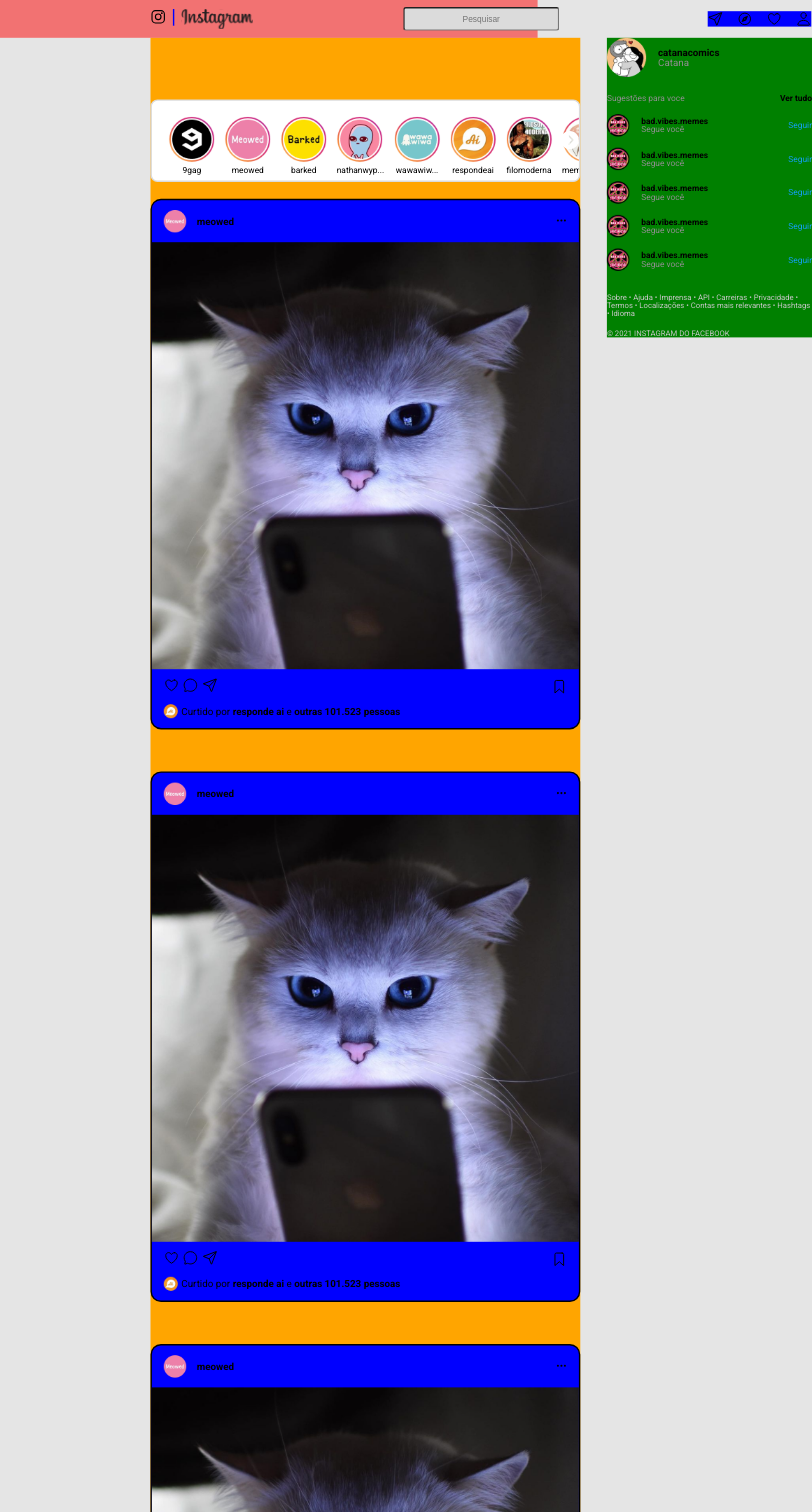
Repository: Zezinoo/proj-2-instagram-clone
Page: index.html
The author's editor kept a copy of each file at every save. The page is drawn from the files as they stood at one save, then again after the next save.
The browser window is 768 px wide. The page is 1160 px wide, then 1159 px, so the pictures cover 1160 px, including what lies to the right of the window. The pictures show the part of the page from y = 0 to 2160 px (the page is 2738 px tall), at 70% of full size.
Some web libraries are served in a nearby version.

Above is the page before, as saved 2022-06-04 22:21:51.

### index.html
<!DOCTYPE html>
<html lang="en">
<head>
    <meta charset="UTF-8">
    <meta http-equiv="X-UA-Compatible" content="IE=edge">
    <meta name="viewport" content="width=device-width, initial-scale=1.0">
    <link rel="stylesheet" href="reset.css">
    <link rel="stylesheet" href="style.css">
    <link rel="preconnect" href="https://fonts.googleapis.com">
    <link rel="preconnect" href="https://fonts.gstatic.com" crossorigin>
    <link href="https://fonts.googleapis.com/css2?family=Encode+Sans:wght@100;200;300;400;500;600;700&family=Roboto:ital,wght@0,100;0,300;0,400;0,500;0,700;1,100;1,300;1,400;1,500&display=swap" rel="stylesheet">
    <title>Instagram</title>
</head>
<body>
<div class="top">
    <div class = "align-top">
        <div class = "logo">
            <ion-icon name="logo-instagram" style="font-size:22px"></ion-icon>
        <div class="vertical-line"></div>
            <img src="./imgs/logo 1.svg" alt="">
    </div>
        <div class="search-bar">
            <input type="text" placeholder="Pesquisar">
        </div>
    <div class="top-icons">
        <ion-icon name="paper-plane-outline"></ion-icon>
        <ion-icon name="compass-outline"></ion-icon>
        <ion-icon name="heart-outline"></ion-icon>
        <ion-icon name="person-outline"></ion-icon>
    </div>
    </div>
</div>
<div class="feed">
    <div class="content">
        <div class="stories">
            <div class="story">
                <img src="./imgs/stories_background 3.png" alt="">
                <div class="user-logo">
                    <img src="./imgs/9gag 1.png" alt="">
                </div>
                <div class="user-name">
                    9gag
                </div>
            </div>
            <div class="story">
                <img src="./imgs/stories_background 3.png" alt="">
                <div class="user-logo">
                    <img src="./imgs/meowed 1.png" alt="">
                </div>
                <div class="user-name">
                    meowed
                </div>
            </div>
            <div class="story">
                <img src="./imgs/stories_background 3.png" alt="">
                <div class="user-logo">
                    <img src="./imgs/barked 1.png" alt="">
                </div>
                <div class="user-name">
                    barked
                </div>
            </div>
            <div class="story">
                <img src="./imgs/stories_background 3.png" alt="">
                <div class="user-logo">
                    <img src="./imgs/nathanwpylestrangeplanet 1.png" alt="">
                </div>
                <div class="user-name">
                    nathanwyp...
                </div>
            </div>
            <div class="story">
                <img src="./imgs/stories_background 3.png" alt="">
                <div class="user-logo">
                    <img src="./imgs/wawawiwacomicsa 1.png" alt="">
                </div>
                <div class="user-name">
                    wawawiw...
                </div>
            </div>
            <div class="story">
                <img src="./imgs/stories_background 3.png" alt="">
                <div class="user-logo">
                    <img src="./imgs/respondeai 1.png" alt="">
                </div>
                <div class="user-name">
                    respondeai
                </div>
            </div>
            <div class="story">
                <img src="./imgs/stories_background 3.png" alt="">
                <div class="user-logo">
                    <img src="./imgs/filomoderna 1.png" alt="">
                </div>
                <div class="user-name">
                    filomoderna
                </div>
            </div>
            <div class="story">
                <img src="./imgs/stories_background 3.png" alt="">
                <div class="user-logo">
                    <img src="./imgs/memeriagourmet 1.png" alt="">
                </div>
                <div class="user-name">
                    memeriagourmet
                </div>
                <div class="arrow">
                    <ion-icon name="chevron-forward-circle"></ion-icon>
                </div>
            </div>
        </div>
        <div class="post">
            <div class="info">
                <div class="op">
                    <img src="./imgs/meowed 2.png" alt="">
                    <div class="op-name">
                    meowed
                    </div>
                </div>
                <div class="dots">
                    <ion-icon name="ellipsis-horizontal"></ion-icon>
                </div>
            </div>
            <img src="./imgs/gato-telefone 1.png" alt="">
            <div class="bottom">
                <div class="post-icons">
                    <div class="left-icons">
                        <ion-icon name="heart-outline"></ion-icon>
                        <ion-icon name="chatbubble-outline"></ion-icon>
                        <ion-icon name="paper-plane-outline"></ion-icon>
                    </div>
                    <ion-icon name="bookmark-outline"></ion-icon>
                </div>
                <div class="comments">
                    <div class="follow-image">
                        <img src="./imgs/respondeai 2.png" alt="">
                    </div>
                    <div class="comment-message">
                        <p>Curtido por <strong>responde ai</strong> e <strong>outras 101.523 pessoas</strong></p>
                    </div>
                </div>
            </div>
        </div>
        <div class="post">
            <div class="info">
                <div class="op">
                    <img src="./imgs/meowed 2.png" alt="">
                    <div class="op-name">
                    meowed
                    </div>
                </div>
                <div class="dots">
                    <ion-icon name="ellipsis-horizontal"></ion-icon>
                </div>
            </div>
            <img src="./imgs/gato-telefone 1.png" alt="">
            <div class="bottom">
                <div class="post-icons">
                    <div class="left-icons">
                        <ion-icon name="heart-outline"></ion-icon>
                        <ion-icon name="chatbubble-outline"></ion-icon>
                        <ion-icon name="paper-plane-outline"></ion-icon>
                    </div>
                    <ion-icon name="bookmark-outline"></ion-icon>
                </div>
                <div class="comments">
                    <div class="follow-image">
                        <img src="./imgs/respondeai 2.png" alt="">
                    </div>
                    <div class="comment-message">
                        <p>Curtido por <strong>responde ai</strong> e <strong>outras 101.523 pessoas</strong></p>
                    </div>
                </div>
            </div>
        </div>
        <div class="post">
            <div class="info">
                <div class="op">
                    <img src="./imgs/meowed 2.png" alt="">
                    <div class="op-name">
                    meowed
                    </div>
                </div>
                <div class="dots">
                    <ion-icon name="ellipsis-horizontal"></ion-icon>
                </div>
            </div>
            <img src="./imgs/gato-telefone 1.png" alt="">
            <div class="bottom">
                <div class="post-icons">
                    <div class="left-icons">
                        <ion-icon name="heart-outline"></ion-icon>
                        <ion-icon name="chatbubble-outline"></ion-icon>
                        <ion-icon name="paper-plane-outline"></ion-icon>
                    </div>
                    <ion-icon name="bookmark-outline"></ion-icon>
                </div>
                <div class="comments">
                    <div class="follow-image">
                        <img src="./imgs/respondeai 2.png" alt="">
                    </div>
                    <div class="comment-message">
                        <p>Curtido por <strong>responde ai</strong> e <strong>outras 101.523 pessoas</strong></p>
                    </div>
                </div>
            </div>
        </div>
    </div>
    <div class="sidebar">
        <div class="user">
            <img src="./imgs/catanacomics 1.png" alt="">
            <div class="user-info">
                <div class="username">
                    catanacomics
                </div>
                <div class="name">
                    Catana
                </div>
            </div>
        </div>
        <div class="suggestion-text">
            <div class="recommended">
                Sugestões para voce
            </div>
            <div class="for-you">
                Ver tudo
            </div>
        </div>
        <div class="suggestion">
            <div class="suggestion-user">
                <img src="./imgs/badvibesmemes 1.png" alt="">
                <div class="user-info">
                    <div class="username">
                        bad.vibes.memes
                    </div>
                    <div class="name">
                        Segue você
                    </div>
                </div>
            </div>
            <div class="follow">
                Seguir
            </div>
        </div>
        <div class="suggestion">
            <div class="suggestion-user">
                <img src="./imgs/badvibesmemes 1.png" alt="">
                <div class="user-info">
                    <div class="username">
                        bad.vibes.memes
                    </div>
                    <div class="name">
                        Segue você
                    </div>
                </div>
            </div>
            <div class="follow">
                Seguir
            </div>
        </div>
        <div class="suggestion">
            <div class="suggestion-user">
                <img src="./imgs/badvibesmemes 1.png" alt="">
                <div class="user-info">
                    <div class="username">
                        bad.vibes.memes
                    </div>
                    <div class="name">
                        Segue você
                    </div>
                </div>
            </div>
            <div class="follow">
                Seguir
            </div>
        </div>
        <div class="suggestion">
            <div class="suggestion-user">
                <img src="./imgs/badvibesmemes 1.png" alt="">
                <div class="user-info">
                    <div class="username">
                        bad.vibes.memes
                    </div>
                    <div class="name">
                        Segue você
                    </div>
                </div>
            </div>
            <div class="follow">
                Seguir
            </div>
        </div>
        <div class="suggestion">
            <div class="suggestion-user">
                <img src="./imgs/badvibesmemes 1.png" alt="">
                <div class="user-info">
                    <div class="username">
                        bad.vibes.memes
                    </div>
                    <div class="name">
                        Segue você
                    </div>
                </div>
            </div>
            <div class="follow">
                Seguir
            </div>
        </div>
        <div class="help-text">
            <p>Sobre • Ajuda • Imprensa • API • Carreiras • Privacidade •
                Termos • Localizações • Contas mais relevantes • Hashtags •
                Idioma</p>
        </div>
        <div class="trademark">
            <p>© 2021 INSTAGRAM DO FACEBOOK</p>
        </div>
    </div>
</div>
<script src="https://unpkg.com/ionicons@5.4.0/dist/ionicons.js"></script>

</body>
</html>

### style.css

body{
    background-color: #e5e5e5;
    display: flex;
    flex-direction: column;
    align-items: center;
    justify-content: center;
    font-family: 'Roboto', sans-serif;
}


.top {
    width: 100%;
    height: 54px;
    display: flex;
    flex-direction: row;
    justify-content: space-around;
    align-items: center;
    background-color: rgba(255, 0, 0, 0.5);
    position: relative;
    z-index: 1;
}

.align-top{
    display: flex;
    flex-direction: row;
    align-items: center;
    justify-content: space-between;
    position: absolute;
    left: 215px;
    z-index: 1;
}

.logo{
    display: flex;
    position: relative;
    align-items: flex-start;
    width: 100%;
    margin-right: 214px;
}

.vertical-line{
    height: 22px;
    margin: 0 10px;
    border: blue 1px solid;
}

.search-bar{
    margin-right: 212px;
}

.search-bar input{
    height: 28px;
    width: 215px;
    border-radius: 4px;
    text-align: center;
    background-color: #DBDBDB;
    color: #979797;
    font-size: 12px;
}

.top-icons{
    width: 100%;
    display: flex;
    flex-direction:row;
    justify-content:space-between;
    background-color:blue;
}

.top-icons ion-icon{
    font-size: 22px;
    margin-right: 20px;
}
.top-icons ion-icon:nth-child(4){
    margin-right: 0px;
}

.feed {
    display: flex;
    flex-direction: row;
    position: absolute;
    top: 54px;
    left: 215px;
}


.content{
    display: flex;
    flex-direction: column;
    background-color: orange;
}

strong{
    font-weight: bold;
}

.stories{
    margin-top: 88px;
    margin-bottom: 24px;
    width: 614px;
    height:118px;
    display: flex;
    flex-direction: row;
    align-items: center;
    position: relative;
    justify-content: flex-start;
    background-color: #FFFFFF;
    overflow: hidden;
    border-radius: 10px;
    border: 2px solid #DBDBDB;
    box-sizing: border-box;
}
.stories .story:nth-child(1){
    margin-left:24px;
}

.story{
    display: flex;
    flex-direction: column;
    justify-content: center;
    margin-right: 14px;
    margin-top: 20px;
    position: relative;
}

.story img{
    width: 66px;
    height: 66px;
}

.story .user-logo{
    display: flex;
    position: absolute;
    top: 5px;
    left: 5px;
    z-index: 1;
}

.story .user-name{
    margin-top: 5px;
    display: flex;
    justify-content: center;
    height: 19px;
    font-size: 12px;
}

.user-logo img{
    width: 56px;
    height: 56px;
}

.arrow {
    position: absolute;
    top: 18px;
    left: -5px;
    font-size: 32px;
    z-index: 3;
    color: #FFFFFF ;
    text-shadow: 60px -16px green;
}

.post{
    background-color: blue;
    display: flex;
    flex-direction: column;
    width: 614px;
    border: 2px solid ;
    border-radius: 15px;
    box-sizing: border-box;
    margin-bottom: 60px;

}

.post .info {
    height: 60px;
    display: flex;
    align-items: center;
    justify-content: space-between;
}

.post .info .op{
    display: flex;
    flex-direction: row;
    box-sizing: border-box;
    margin-left: 17px;
    justify-content: space-evenly;
    align-items: center;
}

.op .op-name{
    margin-left: 15px;
    font-weight: bold;
    font-size: 14px;
}

.info .dots{
    margin-right: 17px;
    font-size: 16px;
}

.post .bottom{
    margin: 0 17px;
    margin-top: 10px;
}

.bottom .post-icons{
    height: 30px;
    font-size: 22px;
    display: flex;
    justify-content: space-between;
    align-items: center;
}

.post-icons .left-icons{
    margin-right: 14px;
}

.bottom .comments{
    display: flex;
    align-items: center;
    margin-top: 10px;
    margin-bottom: 14px;
}
.comments .follow-image{
    height: 20px;
    width: 20px;
    margin-right: 5px;
}
.follow-image img{
    width: 100%;
    height: 100%;
}

.comments .comment-message{
    font-size: 14px;
}

.sidebar{
    background-color: green;
    margin-left: 38px;
    width: 293px;
    height: 100%;
    box-sizing: border-box;
}

.sidebar .user{
    height: 56px;
    display: flex;
    align-items: center;
    margin-bottom: 24px;
}

.user .user-info{
    margin-left: 17px;
    display: flex;
    flex-direction: column;
    font-size: 14px;
}
.user-info .username{
    font-weight: bold;
}

.user-info .name{
    color: #8E8E8E;
}

.sidebar .suggestion-text{
    display: flex;
    justify-content: space-between;
    margin-bottom: 17px;
    font-size: 12px;
}

.suggestion-text .recommended{
    color: #8E8E8E;
}

.suggestion-text .for-you{
    font-weight: bold;
}

.sidebar .suggestion{
    display: flex;
    justify-content: space-between;
    align-items: center;
    margin-bottom: 16px;
}
.suggestion-user{
    display: flex;
    align-items: center;
}

.suggestion-user .user-info{
    margin-left: 17px;
    display: flex;
    flex-direction: column;
    font-size: 12px;
}
.user-info .username{
    font-weight: bold;
}

.user-info .name{
    color: #8E8E8E;
}

.suggestion .follow {
    font-size: 12px;
    color: #139EF2;
}

.suggestion:nth-child(7){
    margin-bottom: 0px;
}

.sidebar .help-text{
    margin-top: 33px;
    margin-bottom: 18px;
    font-size: 11px;
    color: #C7C7C7;
}

.sidebar .trademark{
    font-size: 11px;
    color: #C7C7C7;
}

Loaded but not shown: reset.css (common file)

After the next save:
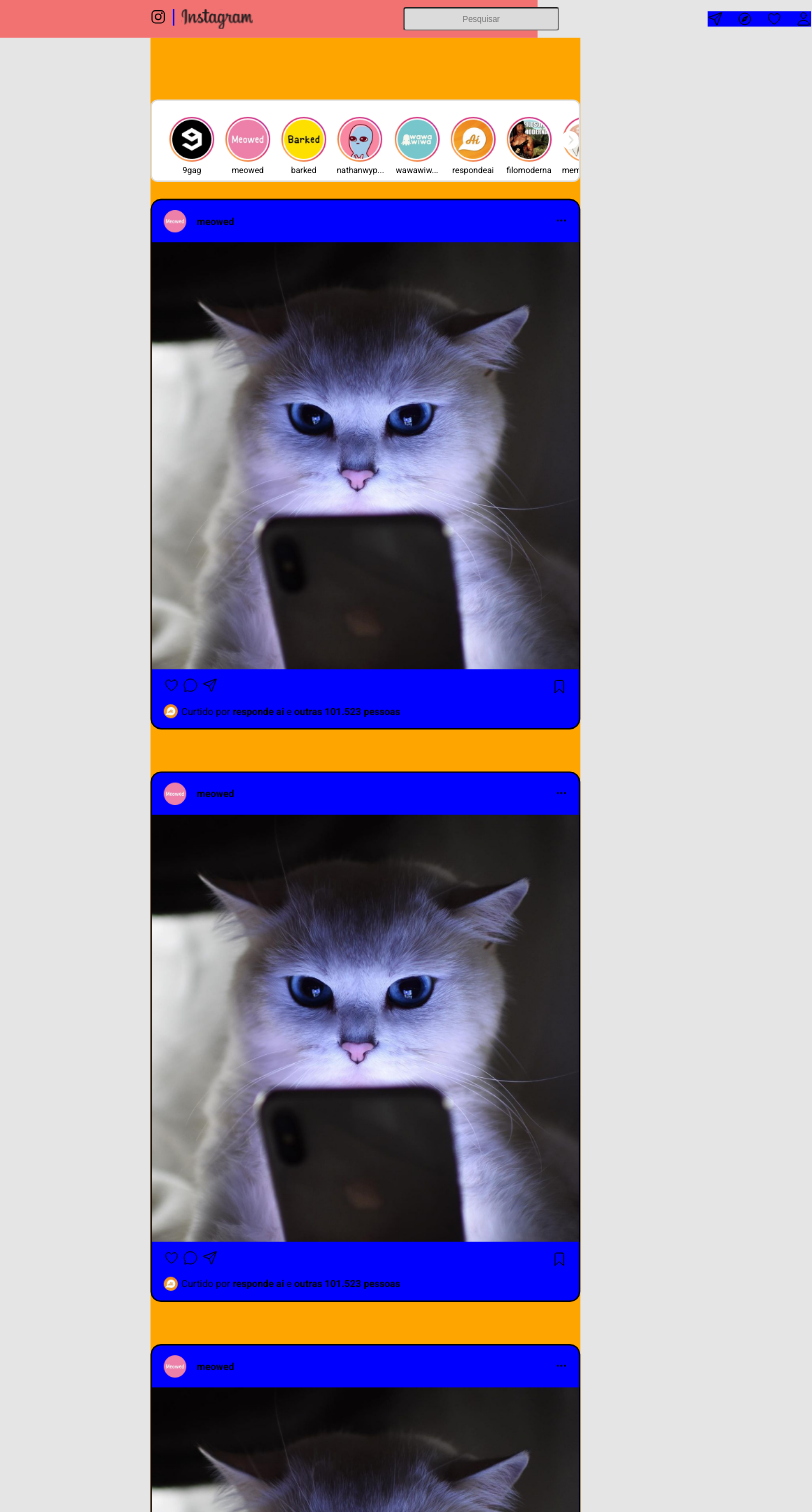
Saved 3 min 59 s later.
--- a/style.css
+++ b/style.css
@@ -324,3 +324,9 @@
     font-size: 11px;
     color: #C7C7C7;
 }
+
+@media(max-width:935px){
+    .sidebar{
+        display: none;
+    }
+}
